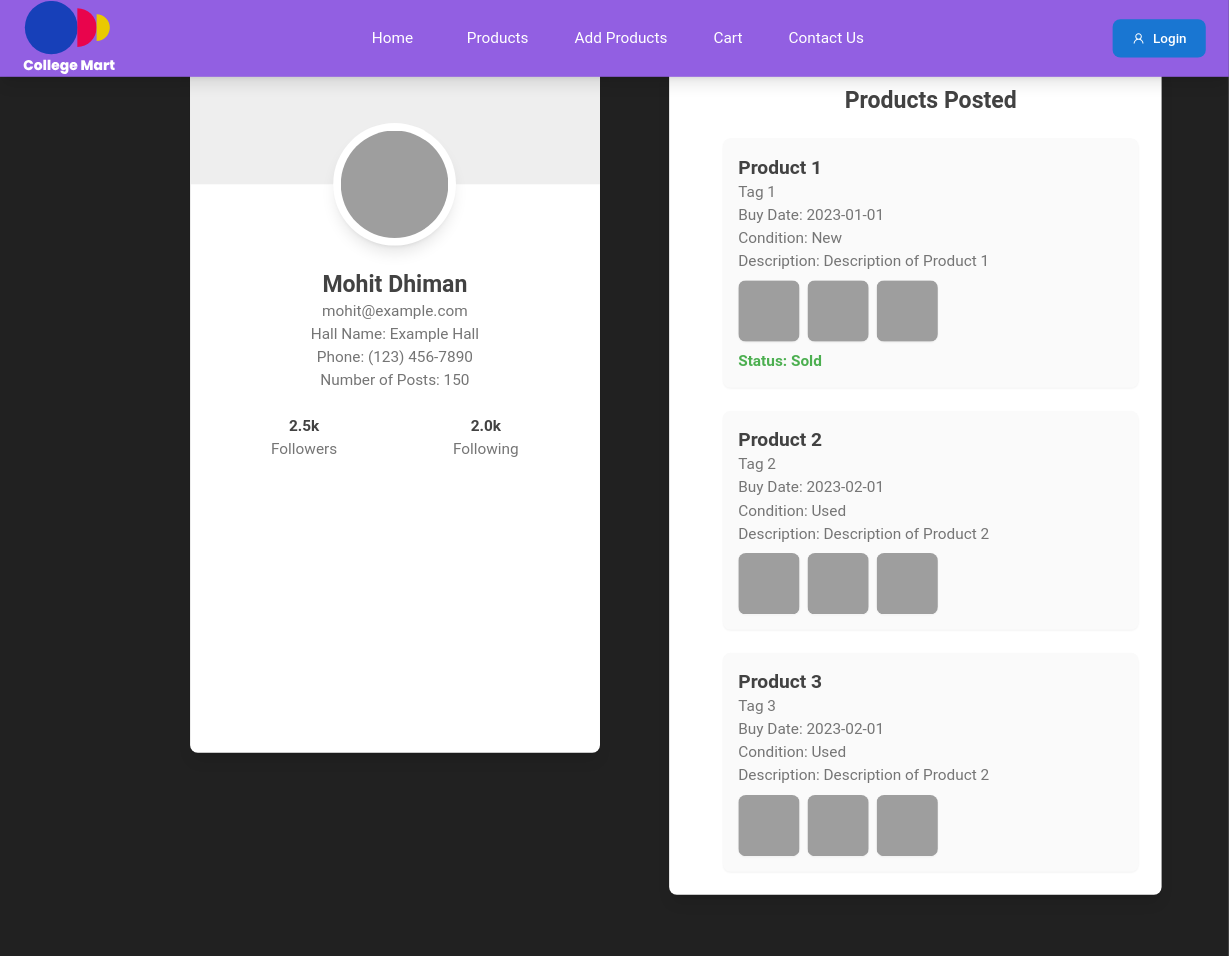
Repository: kumar1397/College-Mart
Page: /home/profile
The author's editor kept a copy of each file at every save. The page is drawn from the files as they stood at one save, then again after the next save.
The browser window is 1280 px wide. The pictures show the whole page, at 96% of full size.
Pictures or frames that could not be fetched are drawn as grey boxes. Some web fonts or font styles are not loaded; a fallback is used. Some web libraries are served in a nearby version. The project was rebuilt for these pictures with package versions that can differ from the ones it lists, and the page was loaded fresh each time. Also part of the build but not shown: src/components/forgetPassword/forgetpassword.jsx, src/components/Auth.js, src/components/hero/Heronavbar.jsx, src/components/hero/footer.jsx, src/components/hero/Carousel.jsx, src/components/hero/Hero.jsx, src/components/new-home-page/header.jsx, src/components/new-home-page/footer_cont.jsx and 12 more.

Above is the page before, as saved 2024-07-15 16:00:52.

### public/index.html
<!DOCTYPE html>
<html lang="en">
  <head>
    <meta charset="utf-8" />
    <!-- <link rel="icon" href="%PUBLIC_URL%/favicon.ico" /> -->
    <meta name="viewport" content="width=device-width, initial-scale=1" />
    <meta name="theme-color" content="#000000" />

    <meta
      name="description"
      content="Web site created using create-react-app"
    />
    <link rel="preconnect" href="https://fonts.googleapis.com" />
    <link rel="preconnect" href="https://fonts.gstatic.com" crossorigin />
    <link
      href="https://fonts.googleapis.com/css2?family=Playwrite+GB+S:ital,wght@0,100..400;1,100..400&display=swap"
      rel="stylesheet"
    />
    <link rel="preconnect" href="https://fonts.googleapis.com" />
    <link rel="preconnect" href="https://fonts.gstatic.com" crossorigin />
    <link
      href="https://fonts.googleapis.com/css2?family=Archivo:ital,wght@0,100..900;1,100..900&family=Exo+2:ital,wght@0,600;1,600&display=swap"
      rel="stylesheet"
    />
    <link rel="preconnect" href="https://fonts.googleapis.com" />
    <link rel="preconnect" href="https://fonts.gstatic.com" crossorigin />
    <link
      href="https://fonts.googleapis.com/css2?family=Archivo:ital,wght@0,100..900;1,100..900&family=Exo+2:ital,wght@0,600;1,600&family=Montserrat+Alternates:ital,wght@0,100;0,200;0,300;0,400;0,500;0,600;0,700;0,800;0,900;1,100;1,200;1,300;1,400;1,500;1,600;1,700;1,800;1,900&display=swap"
      rel="stylesheet"
    />
    <link
      rel="stylesheet"
      type="text/css"
      charset="UTF-8"
      href="https://cdnjs.cloudflare.com/ajax/libs/slick-carousel/1.6.0/slick.min.css"
    />
    <link
      rel="stylesheet"
      type="text/css"
      href="https://cdnjs.cloudflare.com/ajax/libs/slick-carousel/1.6.0/slick-theme.min.css"
    />
    <!-- <link rel="apple-touch-icon" href="%PUBLIC_URL%/logo192.png" /> -->
    <!-- <link rel="manifest" href="%PUBLIC_URL%/manifest.json" /> -->
    <title>College Mart</title>
  </head>

  <body>
    <noscript>You need to enable JavaScript to run this app.</noscript>
    <div id="root"></div>
  </body>
</html>

### src/index.js
import React from 'react';
import ReactDOM from 'react-dom/client';
import './index.css';
import App from './App';
import reportWebVitals from './reportWebVitals';
// import { BrowserRouter } from 'react-router-dom';

import { ThemeProvider } from "@material-tailwind/react";

const root = ReactDOM.createRoot(document.getElementById('root'));
root.render(

    <React.StrictMode>
      <ThemeProvider>
      <App />
      </ThemeProvider>
    </React.StrictMode>

);

// If you want to start measuring performance in your app, pass a function
// to log results (for example: reportWebVitals(console.log))
// or send to an analytics endpoint. Learn more: https://bit.ly/CRA-vitals
reportWebVitals();

### src/index.css
@tailwind base;
@tailwind components;
@tailwind utilities;


.bgblackAuth {
  background: url('/public/Frame2.svg');
}

.bgcolorAuth {
  background: url('/public/colorbg.svg ')
}

.hnavbg {
  background: url('/public/hnavbg.svg');
  background-size: 100%;
}

.herohomebg {
  background: url('/public/homebg.svg') no-repeat;
  background-size: 100%;
}

@import url('https://fonts.googleapis.com/css2?family=Roboto:wght@400;500;700&display=swap');


.playwrite {
  font-family: "Playwrite GB S", cursive;
  font-optical-sizing: auto;
  font-weight: 400;
  font-style: normal;
}

.exo {
  font-family: "Exo 2", sans-serif;
  font-optical-sizing: auto;
  font-weight: 600;
  font-style: normal;
}

.mont {
  font-family: "Montserrat Alternates", sans-serif;
  font-weight: 300;
  font-style: normal;
}

### src/App.js
import Auth from "./components/Auth";
import Hero from "./components/hero/Hero";
import Home02 from "./components/new-home-page/parent";
import { AuthProvider } from "./contexts/AuthContext";
import ContactUs from "./components/contact-us/contact";
import { Route, Routes, BrowserRouter as Router } from "react-router-dom";
import ProductFormCard from "./components/product/newProduct";
import Profile from "./components/profile/profile";
import ResetPassword from "./components/forgetPassword/resetpassword";
import ForgotPassword from "./components/forgetPassword/forgetpassword";

function App() {
  return (
    <div>
      <Router>
        <AuthProvider>
          <Routes>
            <Route exact path="/" element={<Hero />} />
            <Route path="/auth" element={<Auth />} />
            <Route path="/home" element={<Home02 />} />
            <Route path="/home/profile" element={<Profile />} />
            <Route path="/home/form" element={<ProductFormCard />} />
            <Route path="/contactus" element={<ContactUs />} />
            <Route path="/forgot_password" element={<ForgotPassword/>} />
            <Route path="/reset/:token" element={< ResetPassword/>} />
          </Routes>
        </AuthProvider>
      </Router>
    </div>
  );
}

export default App;

### src/contexts/AuthContext.js
import React, { createContext, useState, useEffect } from "react";
import { useNavigate } from "react-router-dom";

const AuthContext = createContext();

export const AuthProvider = ({ children }) => {
  const [user, setUser] = useState(null);
  const navigate = useNavigate();

  useEffect(() => {
    const token = localStorage.getItem("token");
    const storedUser = JSON.parse(localStorage.getItem("user"));

    if (token && storedUser) {
      setUser(storedUser);
    } else {
      // navigate("");
    }
  }, [navigate]);

  const login = (userData, token) => {
    localStorage.setItem("token", token);
    localStorage.setItem("user", JSON.stringify(userData));
    setUser(userData);
    navigate("/home");
  };

  const logout = () => {
    localStorage.removeItem("token");
    localStorage.removeItem("user");
    setUser(null);
    navigate("/auth");
  };

  return (
    <AuthContext.Provider value={{ user, login, logout }}>
      {children}
    </AuthContext.Provider>
  );
};

export default AuthContext;

### src/components/profile/profile.jsx
import React from "react";
import ProductComponent  from "./UserProfile";
import { FontAwesomeIcon } from '@fortawesome/react-fontawesome';
import { faPhone, faEnvelope } from '@fortawesome/free-solid-svg-icons';
import Navbar from "../new-home-page/navbar";
const products = [
    {
        id: 1,
        name: "Product 1",
        tag: "Tag 1",
        buyDate: "2023-01-01",
        condition: "New",
        description: "Description of Product 1",
        images: ["/logo192.png", "/shoes01.webp","/ycle.webp"]
    },
    {
        id: 2,
        name: "Product 2",
        tag: "Tag 2",
        buyDate: "2023-02-01",
        condition: "Used",
        description: "Description of Product 2",
        images: ["/logo192.png", "/shoes01.webp","/ycle.webp"]
    },
    {
        id: 3,
        name: "Product 3",
        tag: "Tag 3",
        buyDate: "2023-02-01",
        condition: "Used",
        description: "Description of Product 2",
        images: ["/logo192.png", "/shoes01.webp","/ycle.webp"]
    }

];
export default function Profile() {
    return (
        <>
            <Navbar />
            <div className="bg-gray-900 min-h-screen flex">
                <div className="container mx-auto my-16 flex">
                    <div className="lg:w-1/3 bg-white rounded-lg shadow-lg overflow-hidden h-full fixed " style={{ marginLeft: "10%" }}>
                        <div className="h-32 bg-gray-200"></div>
                        <div className="flex justify-center -mt-16">
                            <img className="h-32 w-32 bg-white p-2 rounded-full shadow-lg" src="https://images.unsplash.com/photo-1535713875002-d1d0cf377fde?ixid=MnwxMjA3fDB8MHxwaG90by1wYWdlfHx8fGVufDB8fHx8&ixlib=rb-1.2.1&auto=format&fit=crop&w=2000&q=80" alt="Profile" />
                        </div>
                        <div className="p-6 text-center">
                            <h2 className="text-2xl font-semibold text-gray-800">Mohit Dhiman</h2>
                            <p className="text-gray-600">mohit@example.com</p>
                            <p className="text-gray-600">Hall Name: Example Hall</p>
                            <p className="text-gray-600">Phone: (123) 456-7890</p>
                            <p className="text-gray-600">Number of Posts: 150</p>
                            <div className="mt-6 flex justify-around">
                                <div className="text-center">
                                    <p className="font-semibold text-gray-800">2.5k</p>
                                    <p className="text-gray-600">Followers</p>
                                </div>
                                <div className="text-center">
                                    <p className="font-semibold text-gray-800">2.0k</p>
                                    <p className="text-gray-600">Following</p>
                                </div>
                            </div>
                        </div>
                    </div>

                    <div className="lg:ml-1/3 w-full bg-white rounded-lg shadow-lg overflow-y-auto h-full pl-8" style={{ marginLeft: "55%" }}>
                        <div className="p-6">
                            <h2 className="text-2xl font-semibold text-gray-800 text-center">Products Posted</h2>
                            <div className="mt-6 space-y-6">
                                {products.map((product, index) => (
                                    <div key={product.id} className="p-4 bg-gray-50 rounded-lg shadow-sm">
                                        <h3 className="text-xl font-bold text-gray-800">{product.name}</h3>
                                        <p className="text-gray-600">{product.tag}</p>
                                        <p className="text-gray-600">Buy Date: {product.buyDate}</p>
                                        <p className="text-gray-600">Condition: {product.condition}</p>
                                        <p className="text-gray-600">Description: {product.description}</p>
                                        <div className="mt-2 flex space-x-2">
                                            {product.images.map((image, imgIndex) => (
                                                <img key={imgIndex} src={image} alt={`Product ${product.id}`} className="w-16 h-16 rounded-lg shadow-sm" />
                                            ))}
                                        </div>
                                        {index === 0 && <p className="mt-2 text-green-500 font-semibold">Status: Sold</p>}
                                    </div>
                                ))}
                            </div>
                        </div>
                    </div>
                </div>
            </div>
        </>


    )
}

### src/components/new-home-page/navbar.jsx
import React, { useState, useContext } from "react";
import { Link } from "react-router-dom";
import {
  AiOutlineClose,
  AiOutlineMenu,
  AiOutlineUser,
  AiOutlineLogout,
} from "react-icons/ai";
import AuthContext from "../../contexts/AuthContext";
import Logo from "./logo.svg"
const Navbar = () => {
  const { user, logout } = useContext(AuthContext);
  const [nav, setNav] = useState(false);
  const [isDropdownOpen, setIsDropdownOpen] = useState(false);

  const navItems = [
    { id: 1, text: "Home", path: "/" },
    { id: 2, text: "Products", path: "/products" },
    { id: 3, text: "Add Products", path: "/add-products" },
    { id: 4, text: "Cart", path: "/cart" },
    { id: 4, text: "Contact Us", path: "/contactus" },
  ];

  const handleNav = () => setNav(!nav);
  const toggleDropdown = () => setIsDropdownOpen(!isDropdownOpen);

  return (
    <div className="bg-[#925FE2] shadow-lg flex justify-between z-20 items-center h-20 w-full px-6 text-white fixed">
      <div className="flex items-center space-x-2">
        <div className=" w-24 max-w-24"><img src={Logo} alt="" /></div>
      </div>

      <ul className="hidden md:flex space-x-4">
        {navItems.map((item) => (
          <li
            key={item.id}
            className="p-4 hover:bg-white rounded-xl m-2 cursor-pointer duration-300 hover:text-black"
          >
            <Link to={item.path}>{item.text}</Link>
          </li>
        ))}
      </ul>

      <div className="block md:hidden" onClick={handleNav}>
        {nav ? <AiOutlineClose size={20} /> : <AiOutlineMenu size={20} />}
      </div>

      <ul
        className={`fixed top-0 left-0 w-[60%] h-full border-r border-r-gray-900 bg-[#000300] ease-in-out duration-500 ${
          nav ? "left-0" : "left-[-100%]"
        } md:hidden`}
      >
        <h1 className="w-full text-3xl font-bold text-[#00df9a] m-4">REACT.</h1>
        {navItems.map((item) => (
          <li
            key={item.id}
            className="p-4 border-b rounded-xl hover:bg-[#00df9a] duration-300 hover:text-black cursor-pointer border-gray-600"
          >
            <Link to={item.path}>{item.text}</Link>
          </li>
        ))}
      </ul>

      <div className="relative flex items-center space-x-4">
        {user ? (
          <>
            <button
              id="dropdownDefaultButton"
              onClick={toggleDropdown}
              className="flex items-center text-white bg-blue-700 hover:bg-blue-800 focus:ring-4 focus:outline-none focus:ring-blue-300 font-medium rounded-lg text-sm px-5 py-2.5 dark:bg-blue-600 dark:hover:bg-blue-700 dark:focus:ring-blue-800"
              type="button"
            >
              <AiOutlineUser className="w-6 h-6 mr-2" />
              <span>{user.name}</span>
              <svg
                className="w-2.5 h-2.5 ml-2"
                aria-hidden="true"
                xmlns="http://www.w3.org/2000/svg"
                fill="none"
                viewBox="0 0 10 6"
              >
                <path
                  stroke="currentColor"
                  strokeLinecap="round"
                  strokeLinejoin="round"
                  strokeWidth="2"
                  d="m1 1 4 4 4-4"
                />
              </svg>
            </button>
            {isDropdownOpen && (
              <div
                id="dropdown"
                className="absolute top-full mt-2 z-10 bg-white divide-y divide-gray-100 w-44 rounded-lg shadow dark:bg-gray-700"
              >
                <ul className="py-2 text-sm text-gray-700 dark:text-gray-200">
                  <li>
                    <Link
                      to="/home/profile"
                      className=" px-4 py-2 hover:bg-gray-100 dark:hover:bg-gray-600 dark:hover:text-white w-full text-left flex items-center"
                    >
                      <AiOutlineUser className="mr-2" />
                      Profile
                    </Link>
                  </li>
                  <li>
                    <button
                      className=" px-4 py-2 hover:bg-gray-100 dark:hover:bg-gray-600 dark:hover:text-white w-full text-left flex items-center"
                      onClick={logout}
                    >
                      <AiOutlineLogout className="mr-2" />
                      Logout
                    </button>
                  </li>
                </ul>
              </div>
            )}
          </>
        ) : (
          <Link
            to="/login"
            className="flex items-center px-5 py-2.5 bg-blue-700 hover:bg-blue-800 focus:ring-4 focus:outline-none focus:ring-blue-300 text-sm font-medium rounded-lg dark:bg-blue-600 dark:hover:bg-blue-700 dark:focus:ring-blue-800"
          >
            <AiOutlineUser className="mr-2" />
            Login
          </Link>
        )}
      </div>
    </div>
  );
};

export default Navbar;

### tailwind.config.js
/** @type {import('tailwindcss').Config} */

// const withMT = require("@material-tailwind/react/utils/withMT");

// const config={
//   content: [
//     "./src/**/*.{js,jsx,ts,tsx}",
//   ],
//   theme: {
//     extend: {},
//   },
//   plugins: [],
// }

// module.exports = withMT(config);

const withMT = require("@material-tailwind/react/utils/withMT");

module.exports = withMT({
  content: ["./src/**/*.{js,jsx,ts,tsx}"],
  theme: {
    extend: {
      keyframes: {
        gradient: {
          '0%': { backgroundPosition: '0% 50%' },
          '50%': { backgroundPosition: '100% 50%' },
          '100%': { backgroundPosition: '0% 50%' },
        },
      },
      animation: {
        'gradient-bg': 'gradient 15s ease infinite',
      },
      backgroundImage: {
        'gradient-radial': 'radial-gradient(circle, var(--tw-gradient-stops))',
        'gradient-linear': 'linear-gradient(270deg, #ff9a9e, #fad0c4, #fad0c4, #ff9a9e)',
      },
    },
  },
  plugins: [],
});

Loaded but not shown: src/reportWebVitals.js (common file)

After the next save:
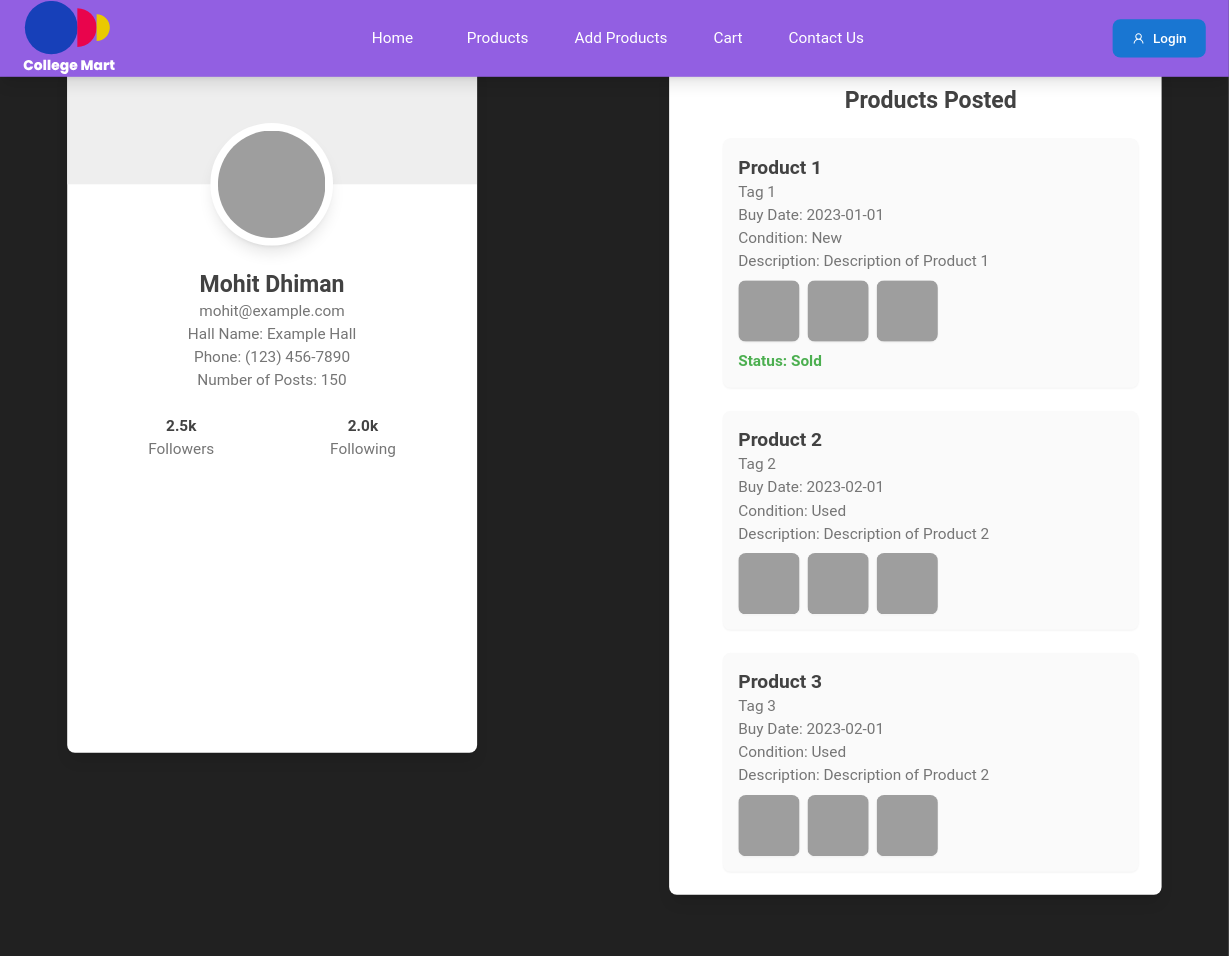
Saved 30 s later.
--- a/src/components/profile/profile.jsx
+++ b/src/components/profile/profile.jsx
@@ -39,7 +39,7 @@ export default function Profile() {
             <Navbar />
             <div className="bg-gray-900 min-h-screen flex">
                 <div className="container mx-auto my-16 flex">
-                    <div className="lg:w-1/3 bg-white rounded-lg shadow-lg overflow-hidden h-full fixed " style={{ marginLeft: "10%" }}>
+                    <div className="lg:w-1/3 bg-white rounded-lg shadow-lg overflow-hidden h-full fixed " style={{ marginRight: "55%" }}>
                         <div className="h-32 bg-gray-200"></div>
                         <div className="flex justify-center -mt-16">
                             <img className="h-32 w-32 bg-white p-2 rounded-full shadow-lg" src="https://images.unsplash.com/photo-1535713875002-d1d0cf377fde?ixid=MnwxMjA3fDB8MHxwaG90by1wYWdlfHx8fGVufDB8fHx8&ixlib=rb-1.2.1&auto=format&fit=crop&w=2000&q=80" alt="Profile" />
